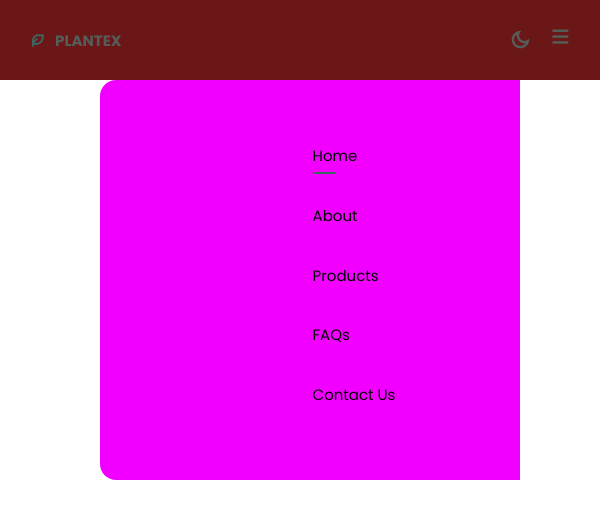
Repository: OmniaRafat232111121/plantwebsite
Page: index.html
An editor plug-in stored every save of this project. The page is shown before and after the next save, followed by the edit.
The browser window is 600 px wide. The pictures show the whole page.
After loading, the first visible `#navToggle` was clicked once.

Above is the page before, as saved 2023-01-04 15:44:21.

After the next save:
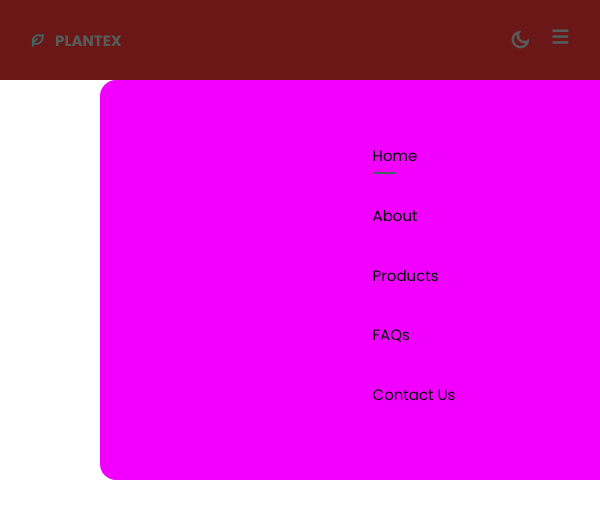
Saved 8 s later.
--- a/assets/css/styles.css
+++ b/assets/css/styles.css
@@ -221,7 +221,7 @@ display: none;
 
      position: fixed;
     background-color:rgb(242, 0, 255) ;
-    width: 70%;
+    width: 90%;
     height: 50%;
     top: 80px;
     right: 0px;
